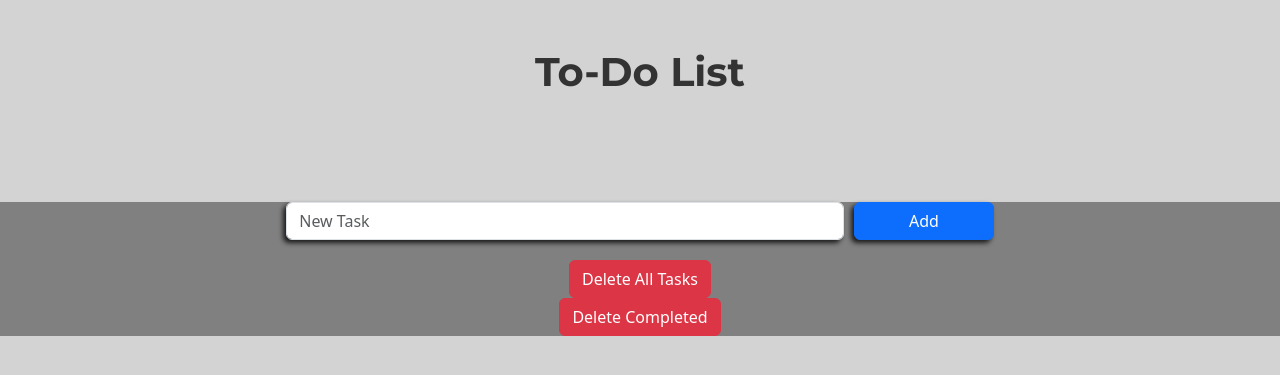
Repository: PituMia/TODO-List
Page: /
An editor plug-in stored every save of this project. The page is shown before and after the next save, followed by the edit.
The browser window is 1280 px wide. The pictures show the whole page.
The project was rebuilt for these pictures with package versions that can differ from the ones it lists, and the page was loaded fresh each time. Also part of the build but not shown: vite.config.js, src/assets/css/App.css, src/assets/css/Task.css, src/assets/components/Task.jsx.

Above is the page before, as saved 2025-02-01 15:35:26.

After the next save:
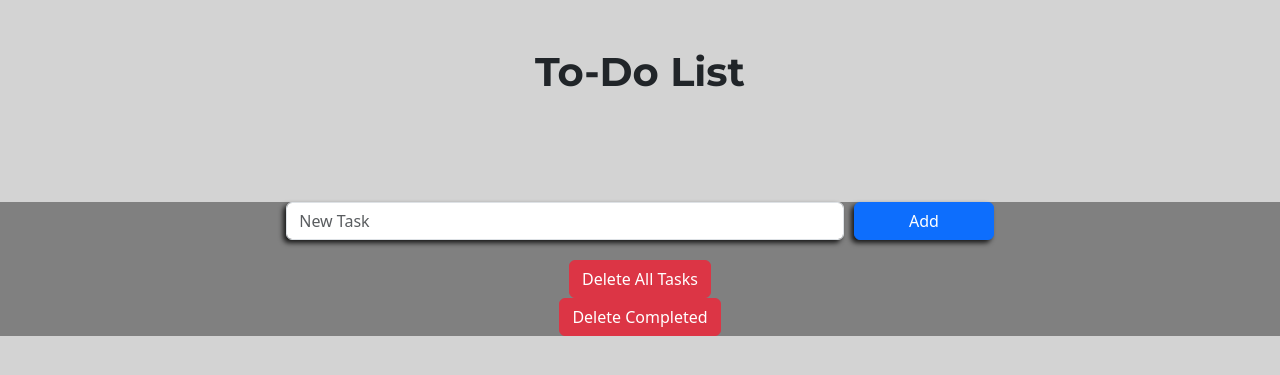
Saved 82 s later.
--- a/src/assets/css/header.css
+++ b/src/assets/css/header.css
@@ -5,6 +5,6 @@
     font-size: clamp(5rem, 20vw, 15rem);
     font-weight: 700;
     text-align: center;
-    color: #333;
+    color:;
 
 }

After the save that followed:
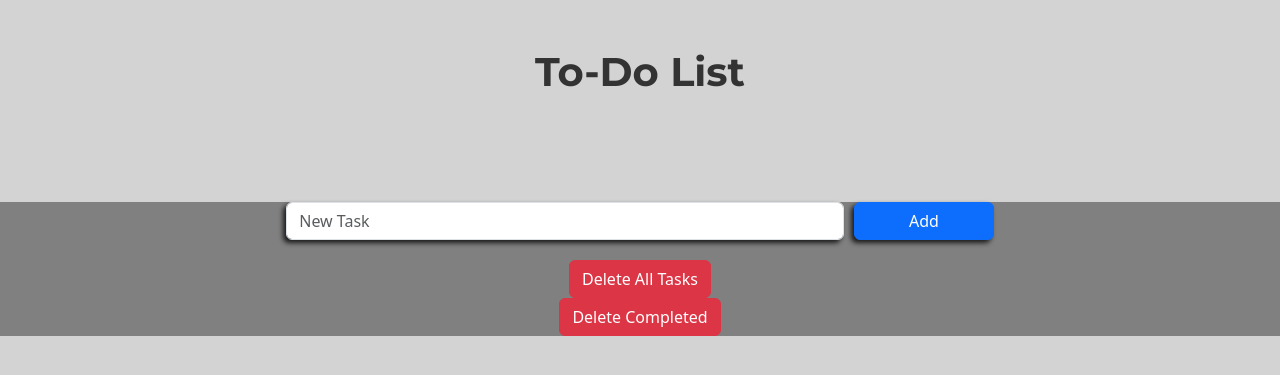
Saved 11 s later.
--- a/src/assets/css/header.css
+++ b/src/assets/css/header.css
@@ -2,9 +2,9 @@
 
 .head {
     font-family: 'Montserrat', sans-serif;
-    font-size: clamp(5rem, 20vw, 15rem);
+    font-size: 50vw;
     font-weight: 700;
     text-align: center;
-    color:;
+    color: #333;
 
 }
